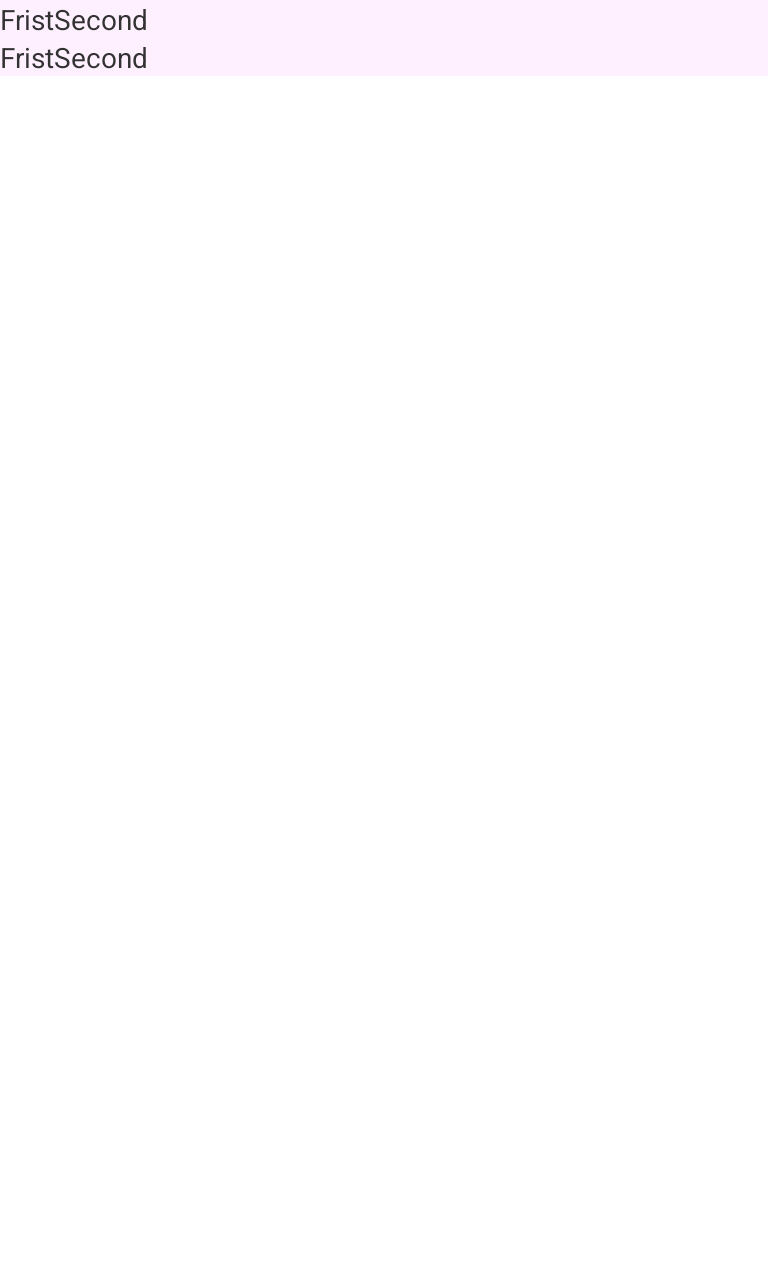
Repository: ling-cen/demo
Layout: Layout_1/res/layout/linner_layout_4.xml
An editor plug-in stored every save of this project. The layout is shown before and after the next save, followed by the edit.
It is drawn on a 768 x 1280 px phone screen (xhdpi) without system bars, with theme AppTheme; the app's code is not run.

Above is the layout before, as saved 2018-12-12 09:09:45.

### Layout_1/res/layout/linner_layout_4.xml
<?xml version="1.0" encoding="utf-8"?>
<LinearLayout xmlns:android="http://schemas.android.com/apk/res/android"
    android:layout_width="match_parent"
    android:layout_height="match_parent"
    android:orientation="vertical" >

    <LinearLayout
        android:layout_width="match_parent"
        android:layout_height="wrap_content"
        android:background="#ff00fff" >

        <TextView
            android:layout_width="wrap_content"
            android:layout_height="wrap_content"
            android:text="Frist" />

        <TextView
            android:layout_width="wrap_content"
            android:layout_height="wrap_content"
            android:text="Second" />
    </LinearLayout>

    <LinearLayout
        android:layout_width="match_parent"
        android:layout_height="wrap_content"
        android:orientation="horizontion"
        android:background="#ff00fff" >

        <TextView
            android:layout_width="wrap_content"
            android:layout_height="wrap_content"
            android:text="Frist" />

        <TextView
            android:layout_width="wrap_content"
            android:layout_height="wrap_content"
            android:text="Second" />
    </LinearLayout>

</LinearLayout>

Loaded but not shown: Layout_1/res/values/styles.xml (common file); Layout_1/res/values-v11/styles.xml (common file); Layout_1/res/values-v14/styles.xml (common file)

After the next save:
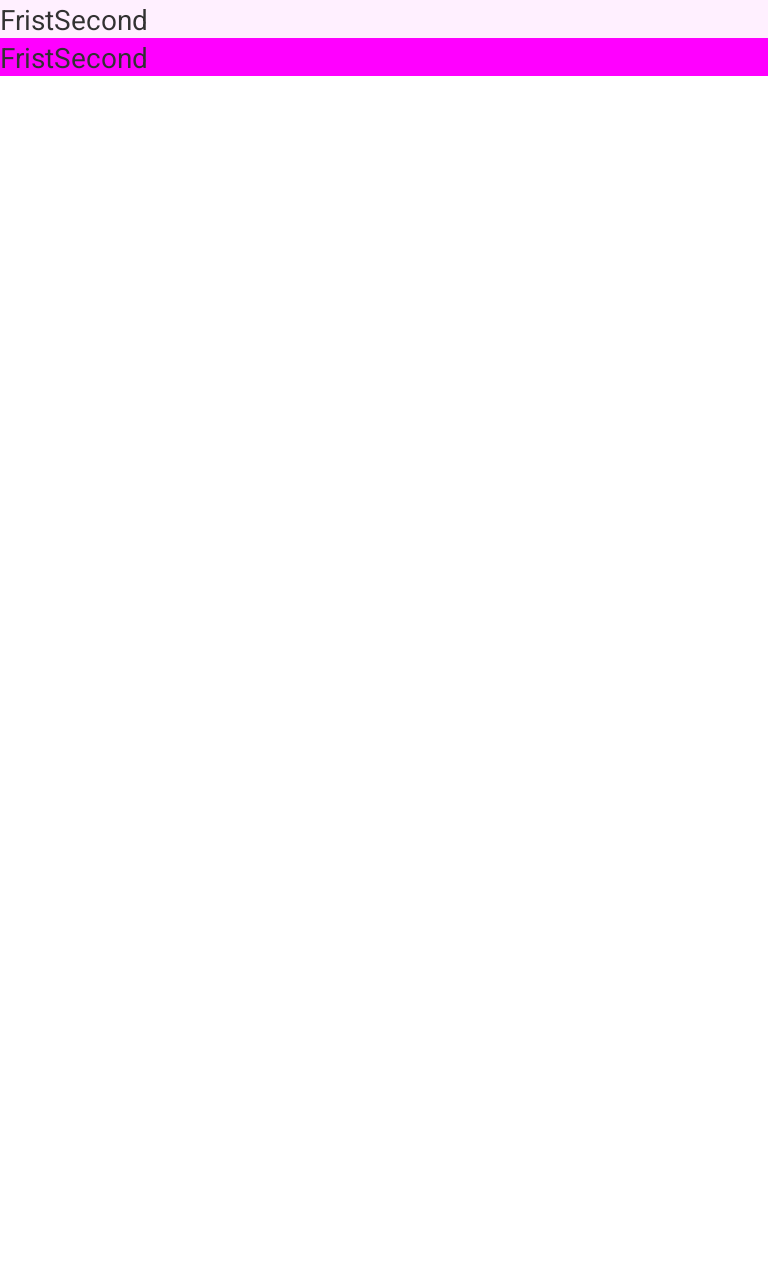
Saved 16 s later.
--- a/Layout_1/res/layout/linner_layout_4.xml
+++ b/Layout_1/res/layout/linner_layout_4.xml
@@ -24,7 +24,7 @@
         android:layout_width="match_parent"
         android:layout_height="wrap_content"
         android:orientation="horizontion"
-        android:background="#ff00fff" >
+        android:background="#ff00ff" >
 
         <TextView
             android:layout_width="wrap_content"
